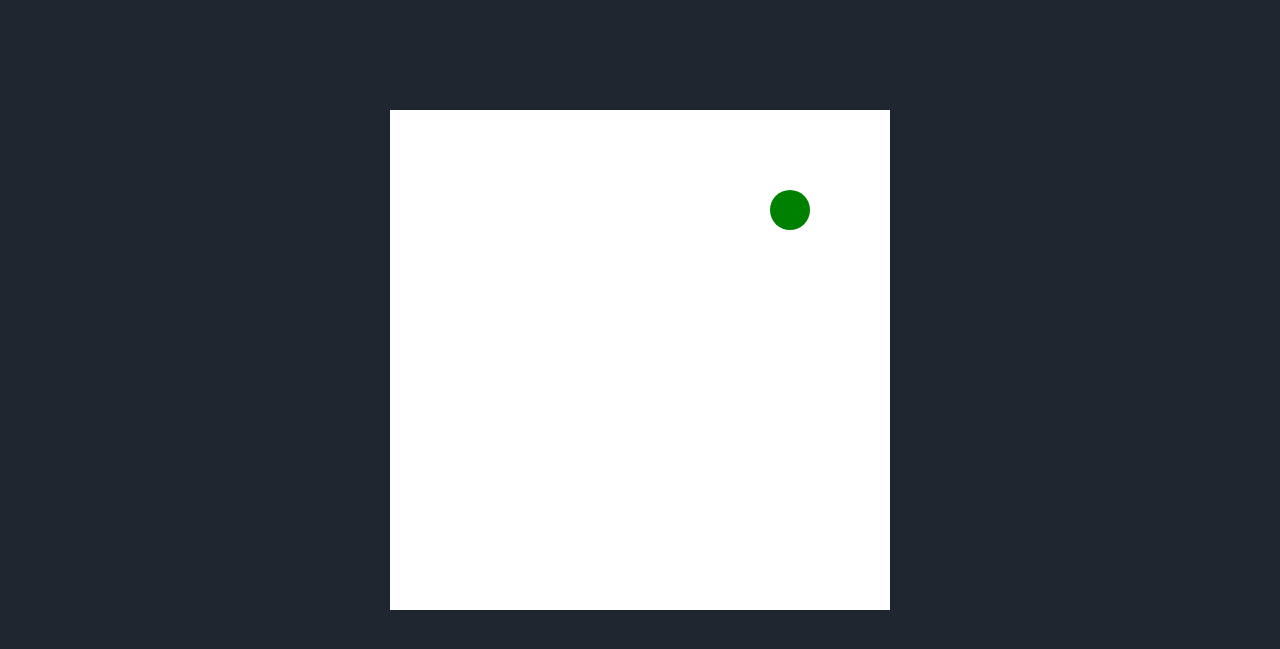
Repository: thecodeholic/cst-javascript-course
Page: /
An editor plug-in stored every save of this project. The page is shown before and after the next save, followed by the edit.
The browser window is 1280 px wide. The pictures show the whole page.
The project was rebuilt for these pictures with package versions that can differ from the ones it lists, and the page was loaded fresh each time.

Above is the page before, as saved 2020-11-25 10:21:23.

After the next save:
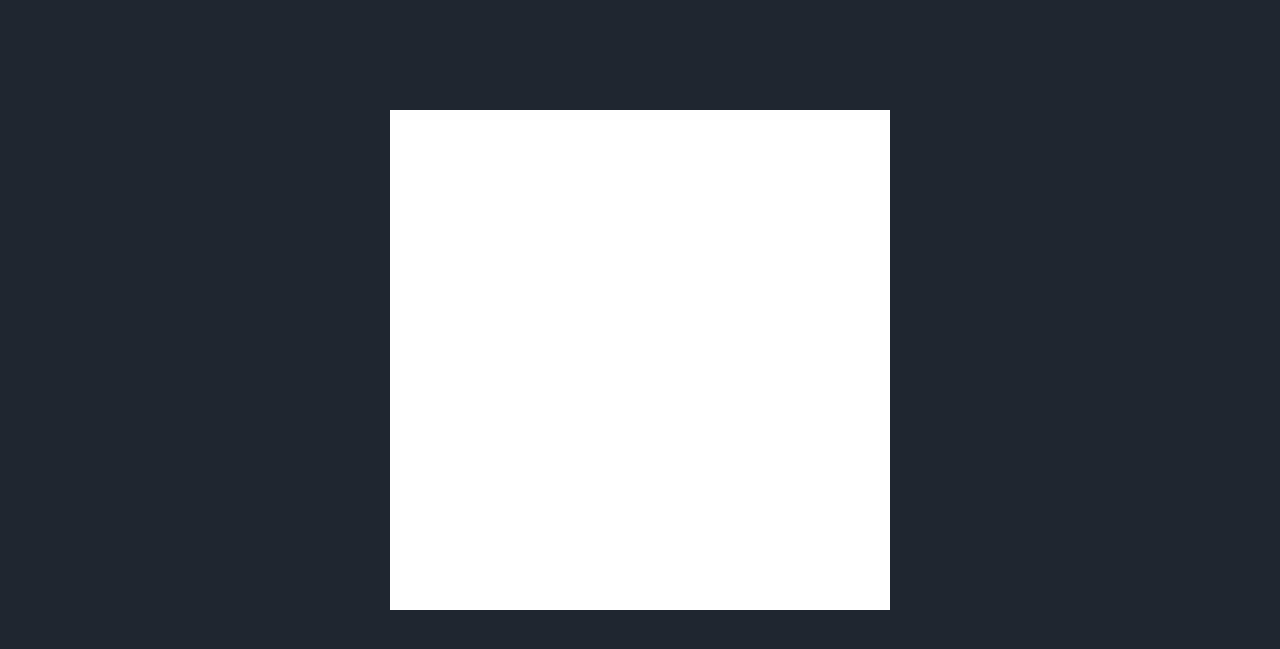
Saved 5 s later.
--- a/app.js
+++ b/app.js
@@ -81,7 +81,7 @@ const ball = {
     x: 100,
     y: 100,
     r: 20,
-    dx: 1,
+    dx: 5,
     dy: 0
 };
 
